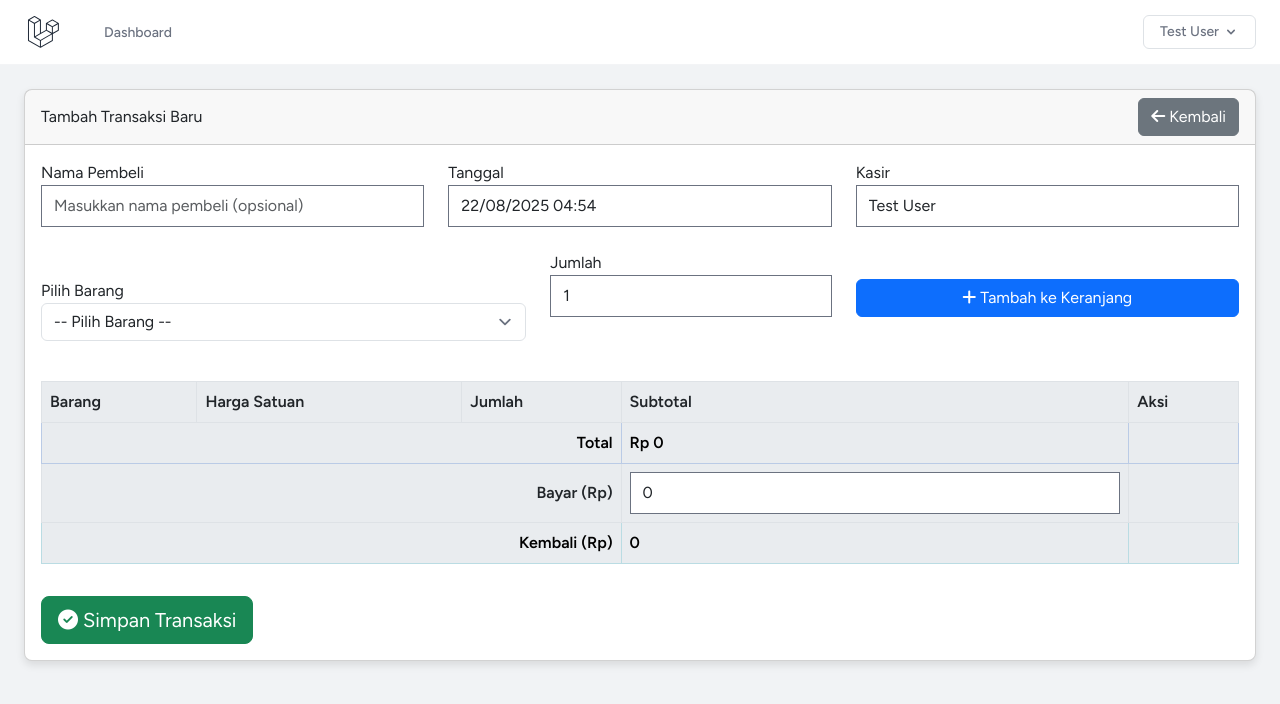
Repository: mufti-1448/kasir-app
Page: http://localhost/transaksis/create
The author's editor kept a copy of each file at every save. The page is drawn from the files as they stood at one save, then again after a run of saves.
The browser window is 1280 px wide. The pictures show the whole page.
The page is served by the project's Laravel application, run on PHP 8.4 with Laravel 12. A made-up administrator, Test User (test@example.com), is signed in. Other server files are loaded and not shown. Style sheets and scripts are compiled from the project's sources, by tool versions that may differ from the author's. Queries for data that is not in the repository find no rows.

Above is the page before, as saved 2025-09-02 23:31:04.

### routes/web.php
<?php

use App\Http\Controllers\ProfileController;
use App\Http\Controllers\BarangController;
use Illuminate\Support\Facades\Route;
use App\Http\Controllers\TransaksiController;

Route::get('/', function () {
    return view('welcome');
});

Route::get('/dashboard', function () {
    return view('dashboard');
})->middleware(['auth', 'verified'])->name('dashboard');

Route::middleware('auth')->group(function () {
    // Profile routes
    Route::get('/profile', [ProfileController::class, 'edit'])->name('profile.edit');
    Route::patch('/profile', [ProfileController::class, 'update'])->name('profile.update');
    Route::delete('/profile', [ProfileController::class, 'destroy'])->name('profile.destroy');

    // Barang routes - menggunakan resource controller
    Route::resource('barangs', BarangController::class);

    // Alternatif: jika ingin mendefinisikan manual satu per satu
    // Route::get('/barangs', [BarangController::class, 'index'])->name('barangs.index');
    // Route::get('/barangs/create', [BarangController::class, 'create'])->name('barangs.create');
    // Route::post('/barangs', [BarangController::class, 'store'])->name('barangs.store');
    // Route::get('/barangs/{barang}', [BarangController::class, 'show'])->name('barangs.show');
    // Route::get('/barangs/{barang}/edit', [BarangController::class, 'edit'])->name('barangs.edit');
    // Route::put('/barangs/{barang}', [BarangController::class, 'update'])->name('barangs.update');
    // Route::delete('/barangs/{barang}', [BarangController::class, 'destroy'])->name('barangs.destroy');

    // Tambahkan di dalam middleware auth
    Route::resource('transaksis', TransaksiController::class);
    Route::post('transaksis/add-item', [TransaksiController::class, 'addItem'])->name('transaksis.addItem');
    Route::post('transaksis/remove-item', [TransaksiController::class, 'removeItem'])->name('transaksis.removeItem');
    Route::post('transaksis/process-payment', [TransaksiController::class, 'processPayment'])->name('transaksis.processPayment');
});

require __DIR__ . '/auth.php';

### app/Models/Barang.php
<?php

namespace App\Models;

use Illuminate\Database\Eloquent\Factories\HasFactory;
use Illuminate\Database\Eloquent\Model;
use Illuminate\Database\Eloquent\SoftDeletes;

class Barang extends Model
{
    use HasFactory, SoftDeletes;

    protected $table = 'barangs'; // <- Pastikan ini 'barangs'

    protected $fillable = [
        'nama',
        'kategori',
        'harga_beli',
        'harga_jual',
        'stok',
        'satuan'
    ];
}

### resources/views/transaksis/create.blade.php
@extends('layouts.app')

@section('title', 'Tambah Transaksi Baru')

@section('content')
    <div class="container-fluid">
        <div class="row">
            <div class="col-md-12">
                <div class="card">
                    <div class="card-header d-flex justify-content-between align-items-center">
                        <h5 class="mb-0">Tambah Transaksi Baru</h5>
                        <a href="{{ route('transaksis.index') }}" class="btn btn-secondary">
                            <i class="fas fa-arrow-left"></i> Kembali
                        </a>
                    </div>
                    <div class="card-body">
                        <form id="form-transaksi" method="POST" action="{{ route('transaksis.store') }}">
                            @csrf

                            <!-- Informasi Transaksi & Nama Pembeli -->
                            <div class="row mb-4">
                                <div class="col-md-4">
                                    <div class="form-group">
                                        <label for="nama_pembeli">Nama Pembeli</label>
                                        <input type="text" name="nama_pembeli" id="nama_pembeli" class="form-control"
                                            placeholder="Masukkan nama pembeli (opsional)"
                                            value="{{ old('nama_pembeli') }}">
                                    </div>
                                </div>
                                <div class="col-md-4">
                                    <div class="form-group">
                                        <label for="tanggal">Tanggal</label>
                                        <input type="text" class="form-control" value="{{ now()->format('d/m/Y H:i') }}"
                                            readonly>
                                    </div>
                                </div>
                                <div class="col-md-4">
                                    <div class="form-group">
                                        <label for="kasir">Kasir</label>
                                        <input type="text" class="form-control" value="{{ auth()->user()->name }}"
                                            readonly>
                                    </div>
                                </div>
                            </div>

                            <!-- Pilih Barang -->
                            <div class="row mb-3 align-items-end">
                                <div class="col-md-5 d-flex flex-column">
                                    <label for="barang_id">Pilih Barang</label>
                                    <select id="barang_id" class="form-control mb-1">
                                        <option value="">-- Pilih Barang --</option>
                                        @foreach ($barangs as $barang)
                                            <option value="{{ $barang->id }}" data-harga="{{ $barang->harga_jual }}"
                                                data-stok="{{ $barang->stok }}" data-nama="{{ $barang->nama }}">
                                                {{ $barang->kode }} - {{ $barang->nama }} (Stok: {{ $barang->stok }}) - Rp
                                                {{ number_format($barang->harga_jual, 0, ',', '.') }}
                                            </option>
                                        @endforeach
                                    </select>
                                    <small id="stok-info" style="min-height: 20px;" class="text-muted"></small>
                                </div>

                                <div class="col-md-3 pb-5">
                                    <label for="jumlah">Jumlah</label>
                                    <input type="number" id="jumlah" class="form-control" min="1" value="1">
                                </div>

                                <div class="col-md-4 d-flex pb-5">
                                    <button type="button" id="btn-tambah" class="btn btn-primary w-100">
                                        <i class="fas fa-plus"></i> Tambah ke Keranjang
                                    </button>
                                </div>
                            </div>


                            <!-- Tabel Transaksi -->
                            <div class="table-responsive mb-3">
                                <table class="table table-bordered table-hover" id="tabel-transaksi">
                                    <thead class="thead-light">
                                        <tr>
                                            <th>Barang</th>
                                            <th>Harga Satuan</th>
                                            <th>Jumlah</th>
                                            <th>Subtotal</th>
                                            <th>Aksi</th>
                                        </tr>
                                    </thead>
                                    <tbody>
                                        <!-- Items akan ditambahkan di sini via JavaScript -->
                                    </tbody>
                                    <tfoot>
                                        <tr class="table-primary">
                                            <th colspan="3" class="text-end">Total</th>
                                            <th id="total">Rp 0</th>
                                            <th></th>
                                        </tr>
                                        <tr>
                                            <th colspan="3" class="text-end">Bayar (Rp)</th>
                                            <th>
                                                <input type="number" name="bayar" id="bayar" class="form-control"
                                                    min="0" required value="{{ old('bayar', 0) }}">
                                            </th>
                                            <th></th>
                                        </tr>
                                        <tr class="table-info">
                                            <th colspan="3" class="text-end">Kembali (Rp)</th>
                                            <th id="kembali">0</th>
                                            <th></th>
                                        </tr>
                                    </tfoot>
                                </table>
                            </div>

                            <button type="submit" class="btn btn-success btn-lg">
                                <i class="fas fa-check-circle"></i> Simpan Transaksi
                            </button>
                        </form>
                    </div>
                </div>
            </div>
        </div>
    </div>
@endsection

@section('scripts')
    <script>
        document.addEventListener('DOMContentLoaded', function() {
            const barangSelect = document.getElementById('barang_id');
            const jumlahInput = document.getElementById('jumlah');
            const btnTambah = document.getElementById('btn-tambah');
            const tabelBody = document.querySelector('#tabel-transaksi tbody');
            const totalEl = document.getElementById('total');
            const bayarEl = document.getElementById('bayar');
            const kembaliEl = document.getElementById('kembali');
            const stokInfo = document.getElementById('stok-info');
            const form = document.getElementById('form-transaksi');

            let items = [];

            function formatRupiah(angka) {
                return new Intl.NumberFormat('id-ID').format(angka);
            }

            function updateStokInfo() {
                if (!barangSelect.value) {
                    stokInfo.textContent = '';
                    return;
                }
                const selectedOption = barangSelect.options[barangSelect.selectedIndex];
                let stok = parseInt(selectedOption.getAttribute('data-stok'));
                if (stok <= 0) {
                    stokInfo.textContent = 'Stok habis';
                    stokInfo.className = 'text-danger';
                    btnTambah.disabled = true;
                } else {
                    stokInfo.textContent = `Stok tersedia: ${stok}`;
                    stokInfo.className = 'text-muted';
                    btnTambah.disabled = false;
                }
                jumlahInput.setAttribute('max', stok);
                if (parseInt(jumlahInput.value) > stok) jumlahInput.value = stok;
            }

            function updateTotal() {
                let total = items.reduce((sum, item) => sum + item.harga * item.jumlah, 0);
                totalEl.textContent = 'Rp ' + formatRupiah(total);

                const bayar = parseFloat(bayarEl.value) || 0;
                const kembali = bayar - total;
                kembaliEl.textContent = formatRupiah(kembali);

                // Warn jika bayar kurang
                if (bayar < total) {
                    bayarEl.classList.add('is-invalid');
                    kembaliEl.parentElement.classList.add('table-danger');
                } else {
                    bayarEl.classList.remove('is-invalid');
                    kembaliEl.parentElement.classList.remove('table-danger');
                }
            }

            barangSelect.addEventListener('change', updateStokInfo);

            btnTambah.addEventListener('click', function() {
                if (!barangSelect.value) {
                    alert('Pilih barang terlebih dahulu');
                    return;
                }

                const selectedOption = barangSelect.options[barangSelect.selectedIndex];
                const barangId = barangSelect.value;
                const nama = selectedOption.getAttribute('data-nama');
                const kode = selectedOption.getAttribute('data-kode');
                let harga = parseFloat(selectedOption.getAttribute('data-harga'));
                let stok = parseInt(selectedOption.getAttribute('data-stok'));
                let jumlah = parseInt(jumlahInput.value);

                if (jumlah > stok) {
                    alert(`Stok tidak cukup. Stok tersedia: ${stok}`);
                    return;
                }

                // Kurangi stok
                stok -= jumlah;
                selectedOption.setAttribute('data-stok', stok);
                updateStokInfo();

                const existingItem = items.find(item => item.barangId === barangId);

                if (existingItem) {
                    existingItem.jumlah += jumlah;
                    const row = tabelBody.querySelector(`tr[data-barang-id="${barangId}"]`);
                    row.cells[2].textContent = existingItem.jumlah;
                    row.cells[3].textContent = 'Rp ' + formatRupiah(existingItem.jumlah * harga);
                } else {
                    const newItem = {
                        barangId,
                        kode,
                        nama,
                        harga,
                        jumlah
                    };
                    items.push(newItem);

                    const newRow = tabelBody.insertRow();
                    newRow.setAttribute('data-barang-id', barangId);
                    newRow.innerHTML = `
                <td>${kode} - ${nama}</td>
                <td>Rp ${formatRupiah(harga)}</td>
                <td>${jumlah}</td>
                <td>Rp ${formatRupiah(harga * jumlah)}</td>
                <td>
                    <button type="button" class="btn btn-sm btn-danger btn-hapus">
                        <i class="fas fa-trash"></i>
                    </button>
                </td>
            `;

                    newRow.querySelector('.btn-hapus').addEventListener('click', function() {
                        // Kembalikan stok
                        const selectedOption = barangSelect.querySelector(
                            `option[value="${barangId}"]`);
                        let currentStok = parseInt(selectedOption.getAttribute('data-stok'));
                        currentStok += newItem.jumlah;
                        selectedOption.setAttribute('data-stok', currentStok);
                        items = items.filter(item => item.barangId !== barangId);
                        newRow.remove();
                        updateStokInfo();
                        updateTotal();
                    });
                }

                updateTotal();
                jumlahInput.value = 1;
            });

            bayarEl.addEventListener('input', updateTotal);

            form.addEventListener('submit', function(e) {
                if (items.length === 0) {
                    e.preventDefault();
                    alert('Tambahkan minimal satu item ke keranjang');
                    return;
                }

                // Hapus input hidden lama jika ada
                form.querySelectorAll('input[type="hidden"]').forEach(i => i.remove());

                // Tambahkan input hidden untuk setiap item
                items.forEach((item, index) => {
                    const inputBarang = document.createElement('input');
                    inputBarang.type = 'hidden';
                    inputBarang.name = `barang_id[${index}]`;
                    inputBarang.value = item.barangId;
                    form.appendChild(inputBarang);

                    const inputJumlah = document.createElement('input');
                    inputJumlah.type = 'hidden';
                    inputJumlah.name = `jumlah[${index}]`;
                    inputJumlah.value = item.jumlah;
                    form.appendChild(inputJumlah);

                    const inputHarga = document.createElement('input');
                    inputHarga.type = 'hidden';
                    inputHarga.name = `harga_satuan[${index}]`;
                    inputHarga.value = item.harga;
                    form.appendChild(inputHarga);
                });

            });


            // Inisialisasi
            updateStokInfo();
            updateTotal();
        });
    </script>
@endsection

@section('styles')
    <style>
        .table th {
            vertical-align: middle;
        }

        #stok-info {
            display: block;
            min-height: 20px;
            /* tinggi tetap */
            margin-top: 5px;
            font-weight: 500;
        }


        .is-invalid {
            border-color: #dc3545;
        }

        #tabel-transaksi td,
        #tabel-transaksi th {
            vertical-align: middle;
        }

        .btn-hapus {
            min-width: 40px;
        }
    </style>
@endsection

### resources/views/layouts/app.blade.php
<!DOCTYPE html>
<html lang="{{ str_replace('_', '-', app()->getLocale()) }}">
<head>
    <meta charset="utf-8">
    <meta name="viewport" content="width=device-width, initial-scale=1">
    <meta name="csrf-token" content="{{ csrf_token() }}">

    <title>{{ config('app.name', 'Laravel') }}</title>

    <!-- Fonts -->
    <link rel="preconnect" href="https://fonts.bunny.net">
    <link href="https://fonts.bunny.net/css?family=figtree:400,500,600&display=swap" rel="stylesheet">

    <!-- Bootstrap CSS -->
    <link href="https://cdn.jsdelivr.net/npm/bootstrap@5.3.0/dist/css/bootstrap.min.css" rel="stylesheet">

    <!-- Font Awesome -->
    <link rel="stylesheet" href="https://cdnjs.cloudflare.com/ajax/libs/font-awesome/6.4.0/css/all.min.css">

    <!-- App CSS -->
    @vite(['resources/css/app.css', 'resources/js/app.js'])

    <!-- Custom Styles -->
    <style>
        body {
            font-family: 'Figtree', sans-serif;
            background-color: #f1f3f5;
        }

        .card {
            box-shadow: 0 0.25rem 0.5rem rgba(0,0,0,0.1);
            border-radius: 0.5rem;
            transition: transform 0.2s;
        }
        .card:hover {
            transform: translateY(-5px);
        }

        .table th {
            background-color: #e9ecef;
        }

        header.bg-white {
            background-color: #ffffff !important;
        }

        .btn-delete {
            color: #fff;
            background-color: #dc3545;
            border: none;
        }
        .btn-delete:hover {
            background-color: #c82333;
        }
    </style>
</head>
<body>
    <div class="min-vh-100 d-flex flex-column">
        <!-- Navigation -->
        @include('layouts.navigation')

        <!-- Page Heading -->
        @if (isset($header))
            <header class="bg-white shadow-sm">
                <div class="container py-4 px-3">
                    {{ $header }}
                </div>
            </header>
        @endif

        <!-- Page Content -->
        <main class="flex-grow-1 container my-4">
            @yield('content')
        </main>
    </div>

    <!-- Bootstrap JS -->
    <script src="https://cdn.jsdelivr.net/npm/bootstrap@5.3.0/dist/js/bootstrap.bundle.min.js"></script>

    @yield('scripts')
    <!-- Script Konfirmasi -->
    <script>
        document.addEventListener('DOMContentLoaded', function() {
            document.querySelectorAll('.btn-delete').forEach(button => {
                button.addEventListener('click', function(e) {
                    if(!confirm('Apakah Anda yakin ingin menghapus data ini?')) {
                        e.preventDefault();
                    }
                });
            });
        });
    </script>

</body>
</html>

Loaded but not shown: routes/auth.php (common file); app/Http/Controllers/Auth/EmailVerificationPromptController.php (common file); app/Http/Controllers/Controller.php (common file); app/Http/Controllers/Auth/VerifyEmailController.php (common file); app/Models/User.php (common file); resources/views/layouts/navigation.blade.php (common file); resources/views/components/application-logo.blade.php (common file); resources/views/components/nav-link.blade.php (common file); resources/views/components/dropdown-link.blade.php (common file); resources/views/components/dropdown.blade.php (common file); resources/views/components/responsive-nav-link.blade.php (common file); resources/css/app.css (common file); tailwind.config.js (common file); resources/js/app.js (common file); resources/js/bootstrap.js (common file); app/Http/Controllers/TransaksiController.php (184 lines, source omitted)

After the next 2 saves:
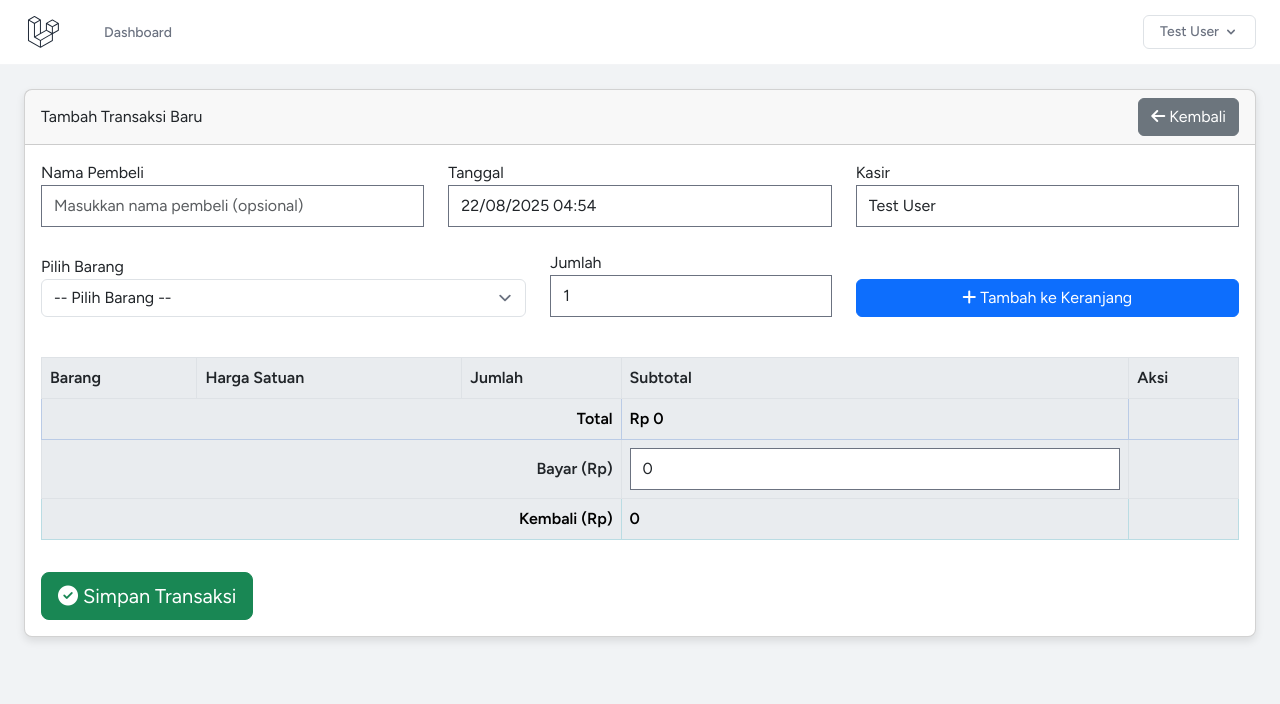
The 2 saves are shown as one change because they came seconds apart.
The last was saved 8 s later.
--- a/resources/views/transaksis/create.blade.php
+++ b/resources/views/transaksis/create.blade.php
@@ -60,12 +60,12 @@
                                     <small id="stok-info" style="min-height: 20px;" class="text-muted"></small>
                                 </div>
 
-                                <div class="col-md-3 pb-5">
+                                <div class="col-md-3 pb-4">
                                     <label for="jumlah">Jumlah</label>
                                     <input type="number" id="jumlah" class="form-control" min="1" value="1">
                                 </div>
 
-                                <div class="col-md-4 d-flex pb-5">
+                                <div class="col-md-4 d-flex pb-4">
                                     <button type="button" id="btn-tambah" class="btn btn-primary w-100">
                                         <i class="fas fa-plus"></i> Tambah ke Keranjang
                                     </button>
